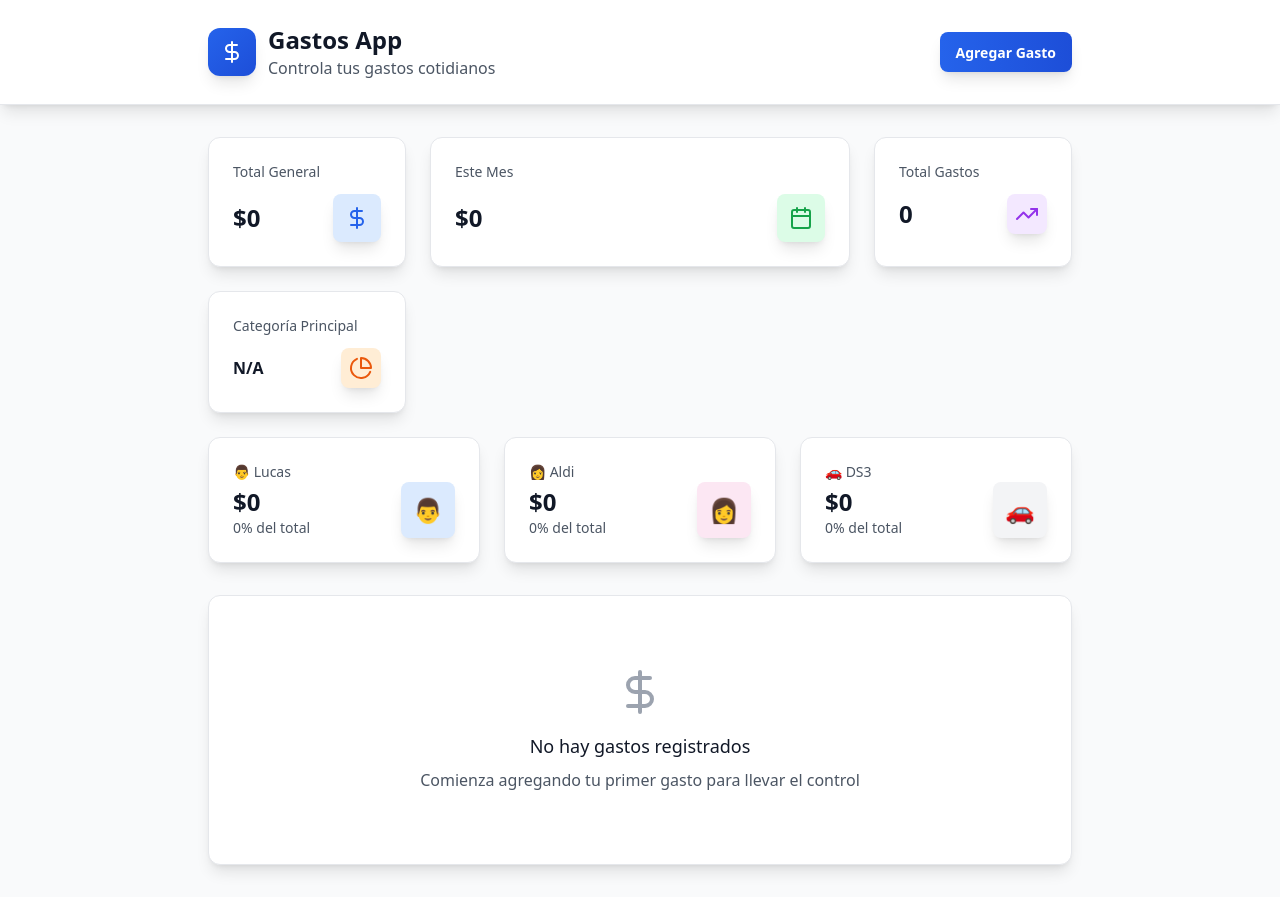
Repository: lucastenaglia/Gastosapp
Page: /
An editor plug-in stored every save of this project. The page is shown before and after the next save, followed by the edit.
The browser window is 1280 px wide. The pictures show the whole page.
The page's requests for data from a server got no answer. The project was rebuilt for these pictures with package versions that can differ from the ones it lists, and the page was loaded fresh each time. No one was signed in, and anything a server would have sent is missing. Also part of the build but not shown: vite.config.js, src/components/ExpenseForm.jsx.

Above is the page before, as saved 2025-08-13 18:44:45.

After the next save:
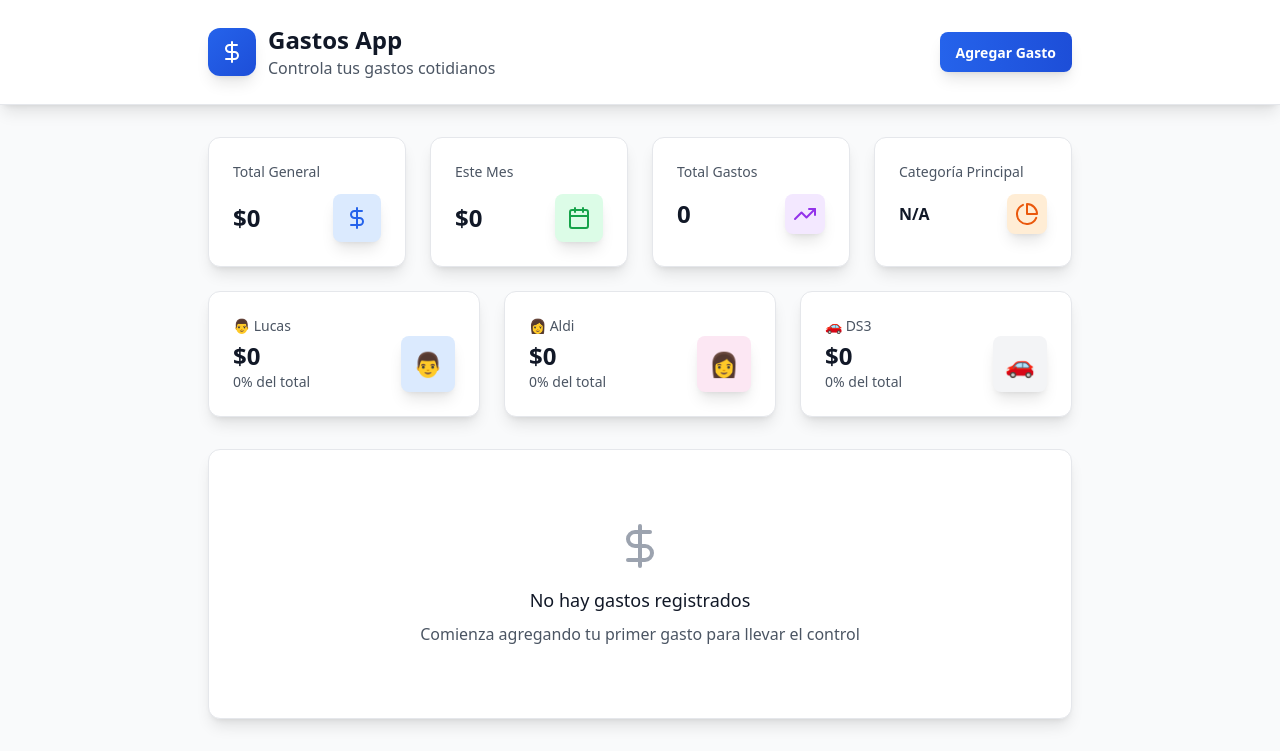
Saved 6 s later.
--- a/src/components/ExpenseSummary.jsx
+++ b/src/components/ExpenseSummary.jsx
@@ -59,7 +59,7 @@ const ExpenseSummary = ({ expenses }) => {
          </div>
 
                  {/* Gastos del Mes */}
-         <div className="card relative p-4 sm:p-6 lg:col-span-2">
+         <div className="card relative p-4 sm:p-6">
            <div className="space-y-3">
              <p className="text-xs sm:text-sm font-medium text-gray-600">Este Mes</p>
              <div className="flex items-center justify-between">
